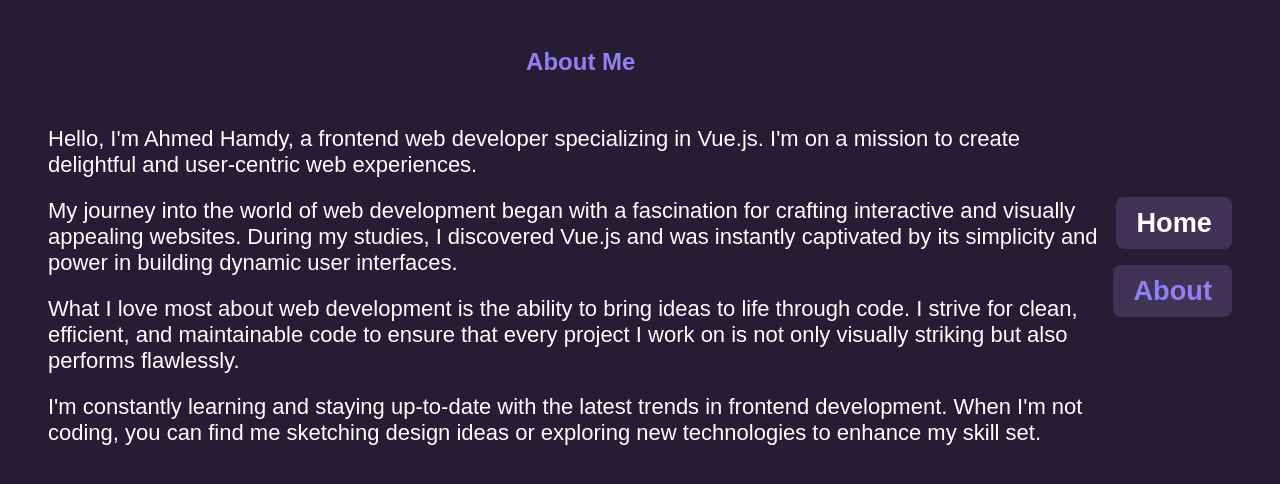
Repository: ahamdy997/portfolio
Page: /about
These files come from the project's save history. The page is drawn as it stood at one moment and after the next save; the edit follows.
The browser window is 1280 px wide. The pictures show the whole page.
The project was rebuilt for these pictures with package versions that can differ from the ones it lists, and the page was loaded fresh each time. Also part of the build but not shown: vue.config.js, src/components/HelloWorld.vue, src/views/HomeView.vue.

Above is the page before, as saved 2023-11-05 22:47:01.

### src/App.vue
<template>
  <div class="flex">
    <router-view />
    <header>
      <nav>
        <router-link to="/">Home</router-link>
        <router-link to="/about">About</router-link>
      </nav>
    </header>
  </div>
</template>

<style>
* {
  box-sizing: border-box;
  padding: 0;
  margin: 0;
}

.flex {
  display: flex;
  align-items: center;
  justify-content: space-between;
  padding: 3rem;
  width: 100%;
}
header {
  font-size: 1.7rem;
}

nav {
  text-align: center;
  display: flex;
  flex-direction: column;
  gap: 1rem;
  flex-grow: 0;
}
body {
  font-family: sans-serif;
  background: #261c33;
  display: flex;
  align-items: center;
  justify-content: center;
  color: #fff;
  width: 100vw;
  text-align: center;
}
nav a {
  font-weight: bold;
  color: #fff;
  text-decoration: none;
  border-radius: 8px;
  background-color: #56447092;
  padding: 10px 20px;
  align-self: flex-end;
}
a:hover {
  color: rgba(137, 147, 200, 0.7);
}

nav a.router-link-exact-active {
  color: #8d81f3;
}
</style>

### src/views/AboutView.vue
<template>
  <div class="about">
    <h2>About Me</h2>
    <p>
      Hello, I'm Ahmed Hamdy, a frontend web developer specializing in Vue.js.
      I'm on a mission to create delightful and user-centric web experiences.
    </p>
    <p>
      My journey into the world of web development began with a fascination for
      crafting interactive and visually appealing websites. During my studies, I
      discovered Vue.js and was instantly captivated by its simplicity and power
      in building dynamic user interfaces.
    </p>
    <p>
      What I love most about web development is the ability to bring ideas to
      life through code. I strive for clean, efficient, and maintainable code to
      ensure that every project I work on is not only visually striking but also
      performs flawlessly.
    </p>
    <p>
      I'm constantly learning and staying up-to-date with the latest trends in
      frontend development. When I'm not coding, you can find me sketching
      design ideas or exploring new technologies to enhance my skill set.
    </p>
  </div>
</template>
<style scoped>
p {
  margin-bottom: 20px;
}
.about h2 {
  text-align: center;
  margin-bottom: 50px;
  font-size: 1.5rem;
  color: #8d81f3;
}
.about {
  text-align: start;
  font-size: 22px;
}
</style>

Loaded but not shown: public/index.html (common file); src/main.js (common file); src/router/index.js (common file)

After the next save:
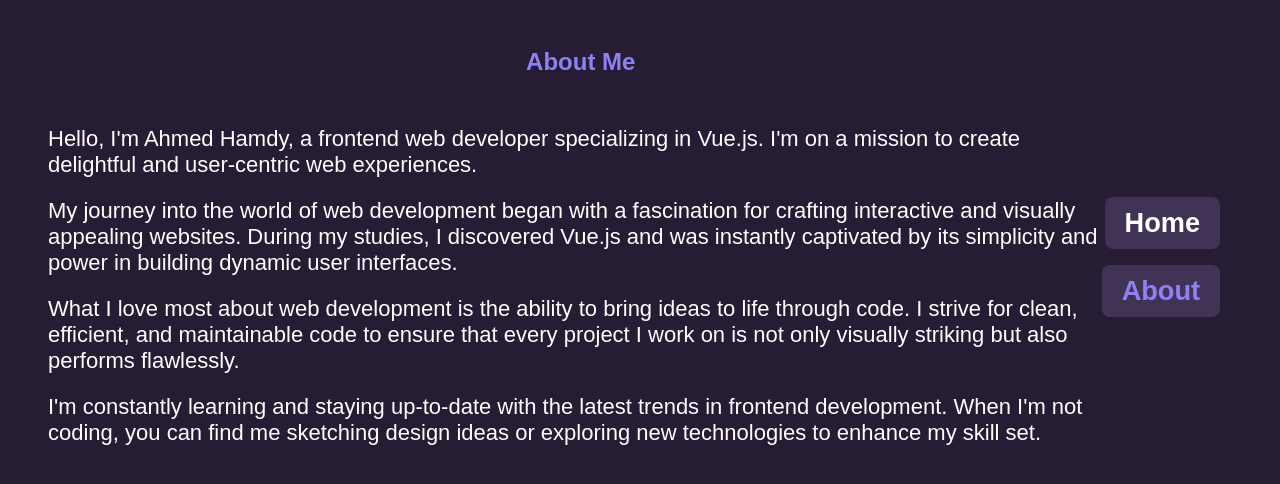
Saved 26 s later.
--- a/src/App.vue
+++ b/src/App.vue
@@ -33,7 +33,7 @@ nav {
   display: flex;
   flex-direction: column;
   gap: 1rem;
-  flex-grow: 0;
+  width: 90%;
 }
 body {
   font-family: sans-serif;
